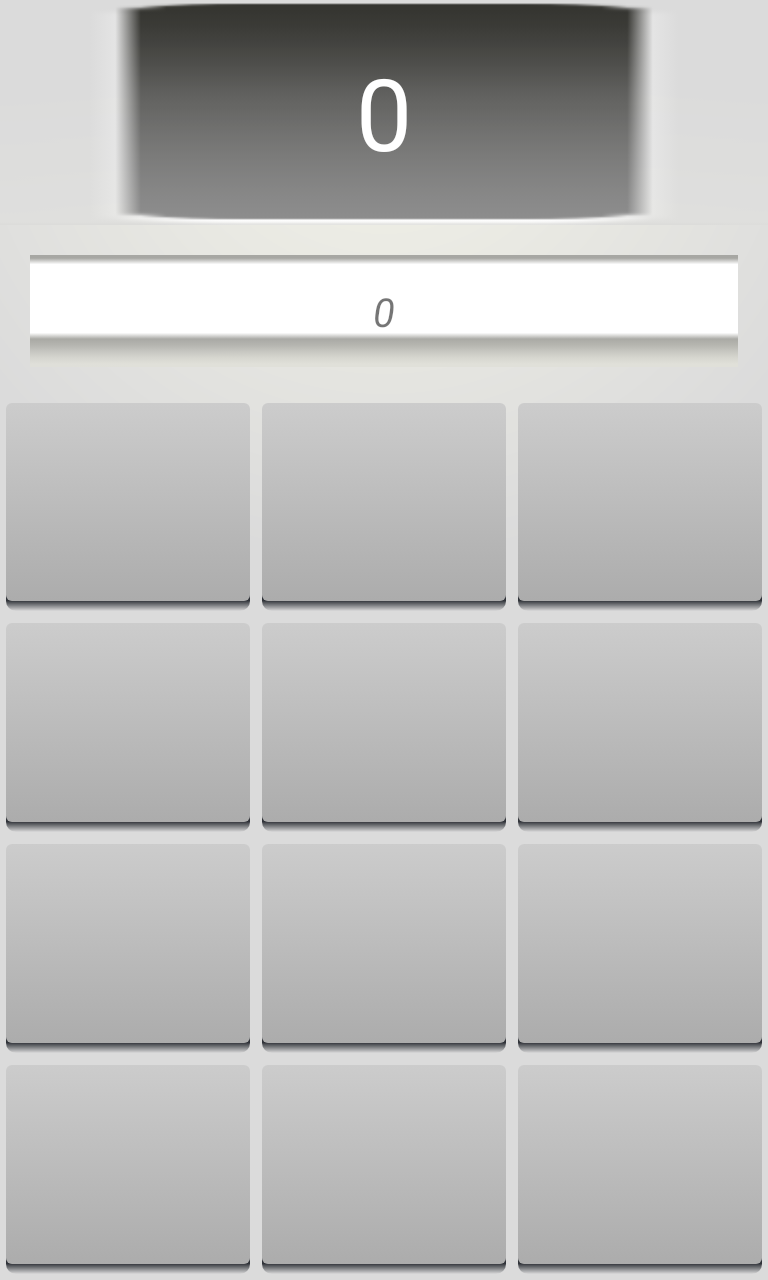
Repository: DaleJulian/Remote-Control
Layout: RemoteControl/res/layout/fragment_remote_control.xml
The author's editor kept a copy of each file at every save. The layout is drawn from the files as they stood at one save, then again after the next save.
It is drawn on a 768 x 1280 px phone screen (xhdpi) without system bars, with theme AppTheme; the app's code is not run.

Above is the layout before, as saved 2015-06-02 08:10:33.

After the next save:
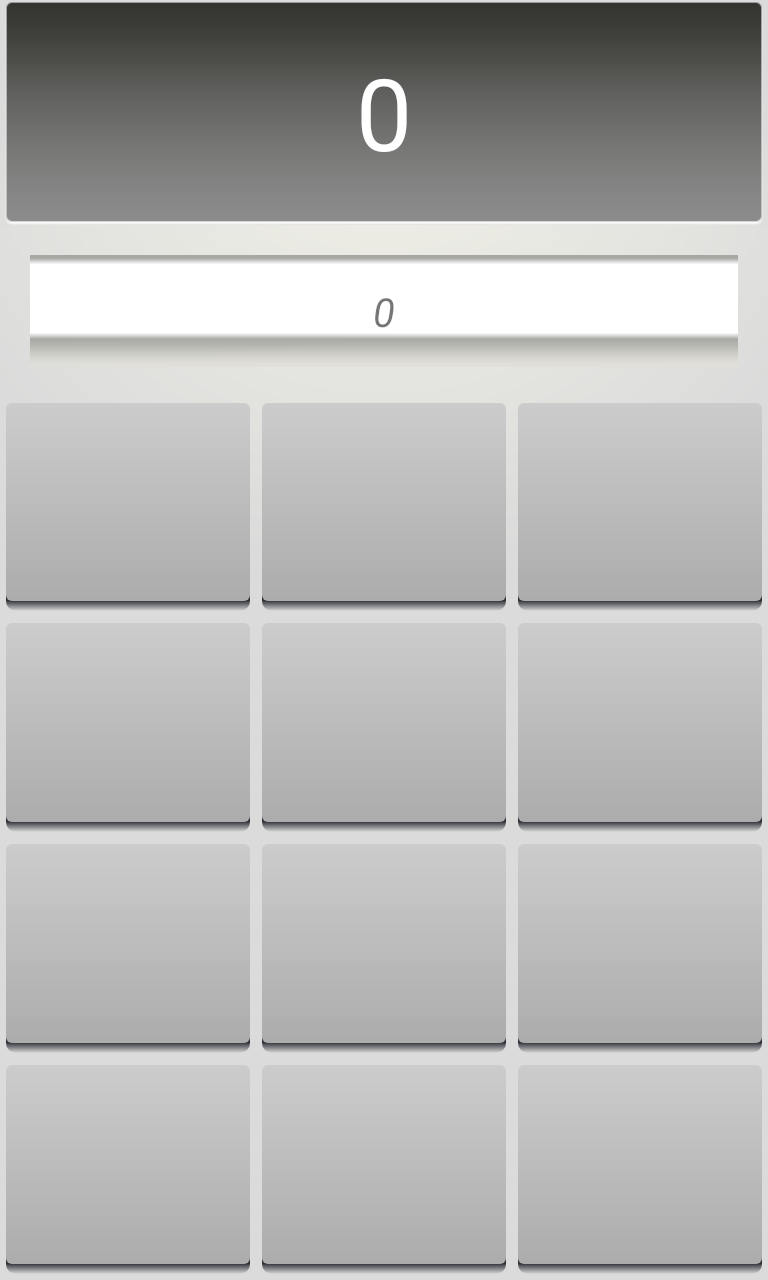
Saved 6 min 31 s later.
--- a/RemoteControl/res/layout/fragment_remote_control.xml
+++ b/RemoteControl/res/layout/fragment_remote_control.xml
@@ -11,7 +11,7 @@
         android:layout_width="match_parent"
         android:layout_height="0dp"
         android:layout_weight="2"
-        android:background="@drawable/window"
+        android:background="@drawable/window_patch"
         android:gravity="center"
         android:text="0"
         android:textColor="#ffffff"
